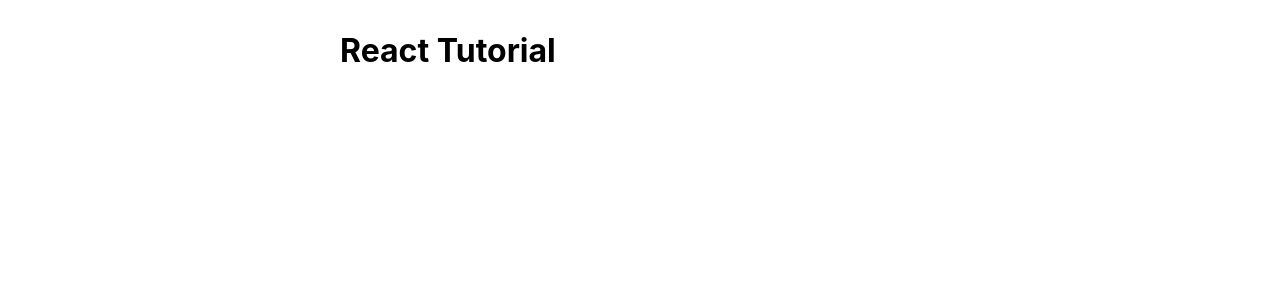
Repository: GregorPiev/rorganizer
Page: /
An editor plug-in stored every save of this project. The page is shown before and after the next save, followed by the edit.
The browser window is 1280 px wide. The pictures show the whole page.
The project was rebuilt for these pictures with package versions that can differ from the ones it lists, and the page was loaded fresh each time.

Above is the page before, as saved 2020-08-17 12:23:21.

After the next save:
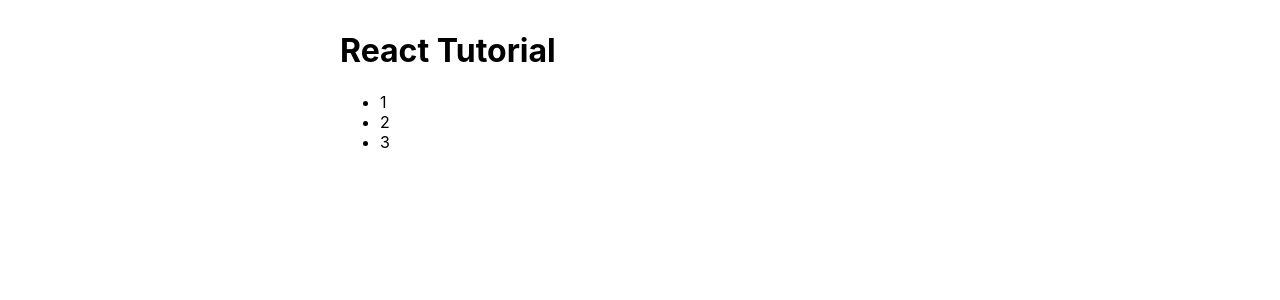
Saved 81 s later.
--- a/src/App.js
+++ b/src/App.js
@@ -1,10 +1,11 @@
 import React from 'react';
-
+import TodoList from './Todo/TodoList';
 
 function App() {
   return (
     <div className="wrapper">
       <h1>React Tutorial</h1>
+      <TodoList />
     </div>
   );
 }
